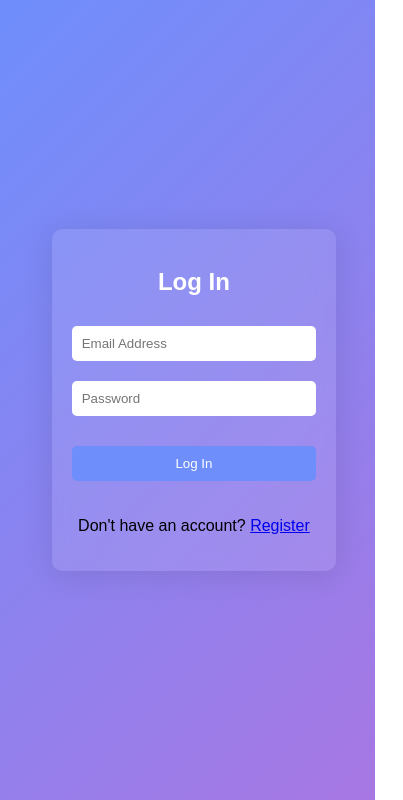
Repository: KabilanCoding/project-nexus
Page: /
These files come from the project's save history. The page is drawn as it stood at one moment and after the next save; the edit follows.
The browser window is 375 px wide. The page is 375 px wide, then 403 px, so the pictures cover 403 px, including what lies to the right of the window. The pictures show the whole page.
The project was rebuilt for these pictures with package versions that can differ from the ones it lists, and the page was loaded fresh each time. Also part of the build but not shown: src/components/Signup.js.

Above is the page before, as saved 2024-08-18 13:39:54.

### src/App.js
import React from 'react';
import { BrowserRouter as Router, Route, Routes } from 'react-router-dom';
import Login from './components/Login';
import Signup from './components/Signup';

function App() {
  return (
    <Router>
      <Routes>
        <Route path="/signup" element={<Signup />} />
        <Route path="/" element={<Login />} />
      </Routes>
    </Router>
  );
}

export default App;

### src/components/Login.js
import React from 'react';
import { Link } from 'react-router-dom';
import './Auth.css';

function Login() {
  return (
    <div className="auth-container">
      <form className="auth-form">
        <h2>Log In</h2>
        <input type="email" placeholder="Email Address" required />
        <input type="password" placeholder="Password" required />
        <button type="submit">Log In</button>
        <p>Don't have an account? <Link to="/signup">Register</Link></p>
      </form>
    </div>
  );
}

export default Login;

### src/components/Auth.css
body {
  margin: 0;
  font-family: Arial, sans-serif;
  background: linear-gradient(135deg, #6e8efb, #a777e3);
  height: 100vh;
  display: flex;
  justify-content: center;
  align-items: center;
}

.auth-container {
  background: rgba(255, 255, 255, 0.1);
  backdrop-filter: blur(10px);
  padding: 50px;
  border-radius: 10px;
  box-shadow: 0 4px 30px rgba(0, 0, 0, 0.1);
  text-align: center;
}

.auth-form {
  display: flex;
  flex-direction: column;
}

.auth-form h2 {
  margin-bottom: 20px;
  color: white;
}

.auth-form input {
  padding: 15px;
  margin: 10px 0;
  border: none;
  border-radius: 5px;
  outline: none;
}

.auth-form button {
  padding: 15px;
  margin: 20px 0;
  border: none;
  border-radius: 5px;
  background-color: #6e8efb;
  color: white;
  cursor: pointer;
}

.auth-form button:hover {
  background-color: #5a74d4;
}

.auth-options {
  margin-top: 20px;
  color: white;
}

.google-signup, .facebook-signup {
  margin: 10px;
  padding: 10px;
  border: none;
  border-radius: 5px;
  background-color: white;
  color: #333;
  cursor: pointer;
}

.google-signup {
  background-color: #4285F4;
  color: white;
}

.facebook-signup {
  background-color: #3B5998;
  color: white;
}

@media (max-width: 600px) {
  .auth-container {
    width: 90%;
    padding: 20px;
  }

  .auth-form input, .auth-form button {
    padding: 10px;
  }
}

Loaded but not shown: public/index.html (common file); src/index.js (common file); src/index.css (common file)

After the next save:
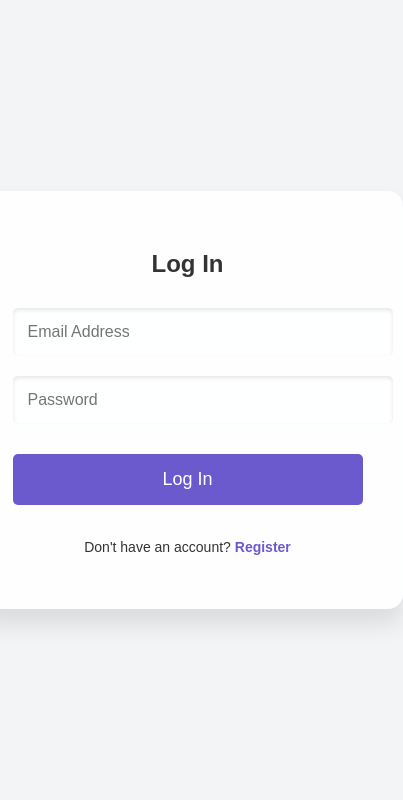
Saved 3 min 3 s later.
--- a/src/components/Auth.css
+++ b/src/components/Auth.css
@@ -1,86 +1,90 @@
 body {
   margin: 0;
-  font-family: Arial, sans-serif;
-  background: linear-gradient(135deg, #6e8efb, #a777e3);
-  height: 100vh;
+  font-family: 'Poppins', sans-serif;
   display: flex;
   justify-content: center;
   align-items: center;
+  height: 100vh;
+  background: #f3f4f6;
 }
 
 .auth-container {
-  background: rgba(255, 255, 255, 0.1);
+  width: 350px;
+  padding: 40px;
+  border-radius: 15px;
+  box-shadow: 0 15px 25px rgba(0, 0, 0, 0.1);
+  background-color: rgba(255, 255, 255, 0.85);
   backdrop-filter: blur(10px);
-  padding: 50px;
-  border-radius: 10px;
-  box-shadow: 0 4px 30px rgba(0, 0, 0, 0.1);
   text-align: center;
-}
-
-.auth-form {
-  display: flex;
-  flex-direction: column;
 }
 
 .auth-form h2 {
   margin-bottom: 20px;
-  color: white;
+  color: #333;
+  font-size: 24px;
+  font-weight: bold;
 }
 
 .auth-form input {
+  width: 100%;
   padding: 15px;
   margin: 10px 0;
   border: none;
   border-radius: 5px;
   outline: none;
+  background: rgba(255, 255, 255, 0.5);
+  box-shadow: inset 0 2px 4px rgba(0, 0, 0, 0.1);
+  font-size: 16px;
+  color: #333;
 }
 
 .auth-form button {
+  width: 100%;
   padding: 15px;
   margin: 20px 0;
   border: none;
   border-radius: 5px;
-  background-color: #6e8efb;
+  background-color: #6a5acd;
   color: white;
+  font-size: 18px;
   cursor: pointer;
+  transition: background-color 0.3s ease;
 }
 
 .auth-form button:hover {
-  background-color: #5a74d4;
+  background-color: #5a4cad;
 }
 
-.auth-options {
-  margin-top: 20px;
-  color: white;
+.auth-form p {
+  color: #333;
+  font-size: 14px;
 }
 
-.google-signup, .facebook-signup {
-  margin: 10px;
-  padding: 10px;
-  border: none;
-  border-radius: 5px;
-  background-color: white;
-  color: #333;
-  cursor: pointer;
+.auth-form a {
+  color: #6a5acd;
+  text-decoration: none;
+  font-weight: bold;
 }
 
-.google-signup {
-  background-color: #4285F4;
-  color: white;
+.auth-form a:hover {
+  text-decoration: underline;
 }
 
-.facebook-signup {
-  background-color: #3B5998;
-  color: white;
+.auth-background {
+  background-size: cover;
+  background-position: center;
+  height: 100vh;
+  width: 100%;
+  position: absolute;
+  top: 0;
+  left: 0;
 }
 
-@media (max-width: 600px) {
-  .auth-container {
-    width: 90%;
-    padding: 20px;
-  }
-
-  .auth-form input, .auth-form button {
-    padding: 10px;
-  }
+.auth-overlay {
+  position: absolute;
+  top: 0;
+  left: 0;
+  width: 100%;
+  height: 100%;
+  background: linear-gradient(to bottom, rgba(0, 0, 0, 0.5), rgba(0, 0, 0, 0.7));
 }
